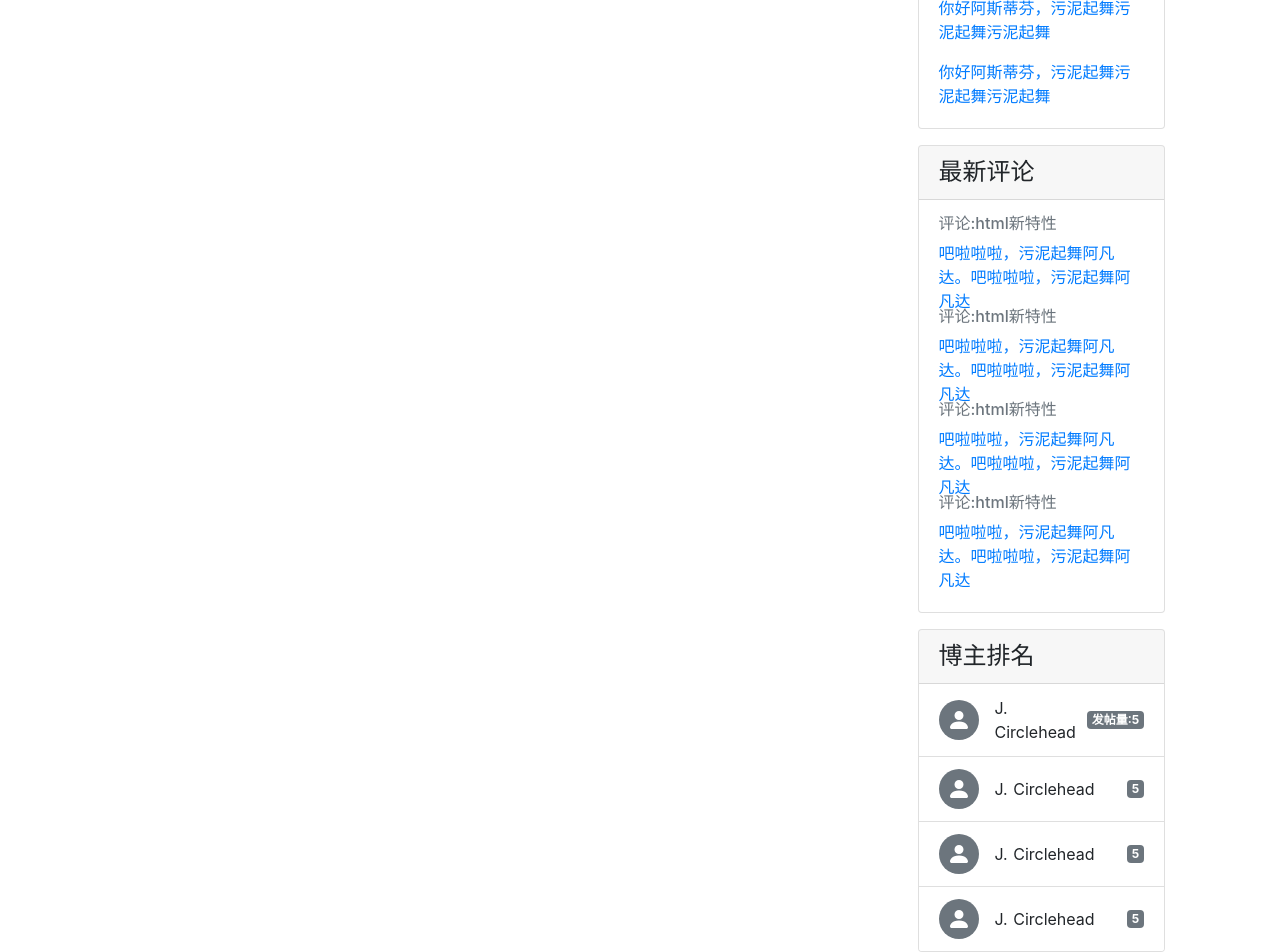
Repository: MTTTM/nuxt-xiaomatata
Page: /
The author's editor kept a copy of each file at every save. The page is drawn from the files as they stood at one save, then again after the next save.
The browser window is 1280 px wide. The pictures show the part of the page from y = 887 to 1839 px (the page is 1839 px tall before and 1644 px after).
The project was rebuilt for these pictures with package versions that can differ from the ones it lists, and the page was loaded fresh each time. The framework's server and built-in components were replaced by stand-ins that run in the browser. Also part of the build but not shown: nuxt.config.js, components/Logo.vue, components/aboutMe.vue, components/articleListItem.vue, components/bloggerRanking.vue, components/carouselBox.vue, components/classifyList.vue, components/commentBox.vue and 7 more. Imported but missing from the stored project, and not drawn on this page: components/cmSpinner, mixins/scrollLoad.

Above is the page before, as saved 2021-04-10 12:10:11.

### assets/style/comm.scss
body{
  .container{
    min-height: auto;
    justify-content: start;
    text-align: left;
  }
}

### components/breadCrumb.vue
<template>
  <b-breadcrumb :items="items"></b-breadcrumb>
</template>

<script>
export default {
  data() {
    return {
      items: [
        {
          text: "Admin",
          href: "#",
        },
        {
          text: "Manage",
          href: "#",
        },
        {
          text: "Library",
          active: true,
        },
      ],
    };
  },
};
</script>

### components/navBar.vue
<template>
  <div class="nav-bar">
    <b-navbar toggleable="lg" type="dark" variant="info" fixed="top">
      <b-navbar-brand href="#"> 塔塔 </b-navbar-brand>

      <b-navbar-toggle target="nav-collapse" />

      <b-collapse id="nav-collapse" is-nav>
        <b-navbar-nav>
          <b-nav-item href="#"> Link </b-nav-item>
          <b-nav-item href="#" disabled> Disabled </b-nav-item>
          <b-nav-item-dropdown text="Lang" right>
            <b-dropdown-item href="#"> EN </b-dropdown-item>
            <b-dropdown-item href="#"> ES </b-dropdown-item>
            <b-dropdown-item href="#"> RU </b-dropdown-item>
            <b-dropdown-item href="#"> FA </b-dropdown-item>
          </b-nav-item-dropdown>
        </b-navbar-nav>

        <!-- Right aligned nav items -->
        <b-navbar-nav class="ml-auto">
          <b-nav-form>
            <b-form-input size="sm" class="mr-sm-2" placeholder="Search" />

            <b-button size="sm" class="my-2 my-sm-0" type="submit">
              Search
            </b-button>
          </b-nav-form>

          <b-nav-item-dropdown right>
            <!-- Using 'button-content' slot -->
            <template #button-content>
              <b-avatar
                variant="info"
                src="https://placekitten.com/300/300"
              ></b-avatar>
              <em>User</em>
            </template>

            <b-dropdown-item href="#"> Profile </b-dropdown-item>
            <b-dropdown-item href="#"> Sign Out </b-dropdown-item>
          </b-nav-item-dropdown>
        </b-navbar-nav>
      </b-collapse>
    </b-navbar>
  </div>
</template>
<script>
export default {};
</script>
<style lang="scss">
* {
  margin: 0;
  padding: 0;
}
</style>

### layouts/default.vue
<template>
  <div>
    <navBar />
    <Nuxt />
  </div>
</template>
<script>
import navBar from "../components/navBar";
export default {
  components: { navBar }
};
</script>
<style>
html {
  font-size: 16px;
  word-spacing: 1px;
  -ms-text-size-adjust: 100%;
  -webkit-text-size-adjust: 100%;
  -moz-osx-font-smoothing: grayscale;
  -webkit-font-smoothing: antialiased;
  box-sizing: border-box;
}
</style>

### pages/index.vue
<template>
  <div>
    <b-carousel
      id="carousel-1"
      v-model="slide"
      :interval="4000"
      controls
      indicators
      background="#ababab"
      img-width="1024"
      img-height="480"
      style="text-shadow: 1px 1px 2px #333"
      @sliding-start="onSlideStart"
      @sliding-end="onSlideEnd"
    >
      <!-- Text slides with image -->
      <b-carousel-slide
        caption="First slide"
        text="Nulla vitae elit libero, a pharetra augue mollis interdum."
        img-src="https://picsum.photos/1024/480/?image=52"
      ></b-carousel-slide>

      <!-- Slides with custom text -->
      <b-carousel-slide img-src="https://picsum.photos/1024/480/?image=54">
        <h1>Hello world!</h1>
      </b-carousel-slide>

      <!-- Slides with image only -->
      <b-carousel-slide
        img-src="https://picsum.photos/1024/480/?image=58"
      ></b-carousel-slide>

      <!-- Slides with img slot -->
      <!-- Note the classes .d-block and .img-fluid to prevent browser default image alignment -->
      <b-carousel-slide>
        <template #img>
          <img
            class="d-block img-fluid w-100"
            width="1024"
            height="480"
            src="https://picsum.photos/1024/480/?image=55"
            alt="image slot"
          />
        </template>
      </b-carousel-slide>

      <!-- Slide with blank fluid image to maintain slide aspect ratio -->
      <b-carousel-slide caption="Blank Image" img-blank img-alt="Blank image">
        <p>
          Lorem ipsum dolor sit amet, consectetur adipiscing elit. Suspendisse
          eros felis, tincidunt a tincidunt eget, convallis vel est. Ut
          pellentesque ut lacus vel interdum.
        </p>
      </b-carousel-slide>
    </b-carousel>

    <b-container>
      <breadCrumb class="w-100" />
    </b-container>
    <b-container>
      <b-row class="w-100">
        <b-col cols="9" md="9" sm="12">1 of 2</b-col>
        <b-col cols="3" md="3" sm="12">
          <b-card no-body style="max-width: 20rem">
            <template #header>
              <h4 class="mb-0">热文推荐</h4>
            </template>

            <b-card-body>
              <b-card-text>
                <a href="#" class="card-link"
                  >你好阿斯蒂芬，污泥起舞污泥起舞污泥起舞</a
                >
              </b-card-text>
              <b-card-text>
                <a href="#" class="card-link">Card link</a>
              </b-card-text>
              <b-card-text>
                <a href="#" class="card-link">Card link</a>
              </b-card-text>
              <b-card-text>
                <a href="#" class="card-link"
                  >你好阿斯蒂芬，污泥起舞污泥起舞污泥起舞</a
                >
              </b-card-text>
              <b-card-text>
                <a href="#" class="card-link"
                  >你好阿斯蒂芬，污泥起舞污泥起舞污泥起舞</a
                >
              </b-card-text>
            </b-card-body>
          </b-card>

          <b-card no-body style="margin-top: 1rem">
            <template #header>
              <h4 class="mb-0">最新评论</h4>
            </template>

            <b-card-body>
              <a href="#">
                <b-card-sub-title class="mb-2"
                  >评论:html新特性</b-card-sub-title
                >
                <b-card-text>
                  吧啦啦啦，污泥起舞阿凡达。吧啦啦啦，污泥起舞阿凡达
                </b-card-text>
              </a>
              <a href="#">
                <b-card-sub-title class="mb-2"
                  >评论:html新特性</b-card-sub-title
                >
                <b-card-text>
                  吧啦啦啦，污泥起舞阿凡达。吧啦啦啦，污泥起舞阿凡达
                </b-card-text>
              </a>
              <a href="#">
                <b-card-sub-title class="mb-2"
                  >评论:html新特性</b-card-sub-title
                >
                <b-card-text>
                  吧啦啦啦，污泥起舞阿凡达。吧啦啦啦，污泥起舞阿凡达
                </b-card-text>
              </a>
              <a href="#">
                <b-card-sub-title class="mb-2"
                  >评论:html新特性</b-card-sub-title
                >
                <b-card-text>
                  吧啦啦啦，污泥起舞阿凡达。吧啦啦啦，污泥起舞阿凡达
                </b-card-text>
              </a>
            </b-card-body>
          </b-card>
          <b-card no-body style="margin-top: 1rem">
            <template #header>
              <h4 class="mb-0">博主排名</h4>
            </template>
            <b-list-group flush>
              <b-list-group-item class="d-flex align-items-center">
                <b-avatar class="mr-3"></b-avatar>
                <span class="mr-auto">J. Circlehead</span>
                <b-badge>发帖量:5</b-badge>
              </b-list-group-item>
              <b-list-group-item class="d-flex align-items-center">
                <b-avatar class="mr-3"></b-avatar>
                <span class="mr-auto">J. Circlehead</span>
                <b-badge>5</b-badge>
              </b-list-group-item>
              <b-list-group-item class="d-flex align-items-center">
                <b-avatar class="mr-3"></b-avatar>
                <span class="mr-auto">J. Circlehead</span>
                <b-badge>5</b-badge>
              </b-list-group-item>
              <b-list-group-item class="d-flex align-items-center">
                <b-avatar class="mr-3"></b-avatar>
                <span class="mr-auto">J. Circlehead</span>
                <b-badge>5</b-badge>
              </b-list-group-item>
            </b-list-group>
          </b-card>
        </b-col>
      </b-row>
    </b-container>
  </div>
</template>
<script>
import breadCrumb from "../components/breadCrumb";
export default {
  components: { breadCrumb },
};
</script>
<style>
.container {
  margin: 0 auto;
  min-height: 100vh;
  display: flex;
  justify-content: center;
  align-items: center;
  text-align: center;
}

.title {
  display: block;
  font-weight: 300;
  font-size: 100px;
  color: #35495e;
  letter-spacing: 1px;
}

.subtitle {
  font-weight: 300;
  font-size: 42px;
  color: #526488;
  word-spacing: 5px;
  padding-bottom: 15px;
}

.links {
  padding-top: 15px;
}
</style>

Loaded but not shown: store/system.js (no copy from this time; the picture is the same without it)

After the next save:
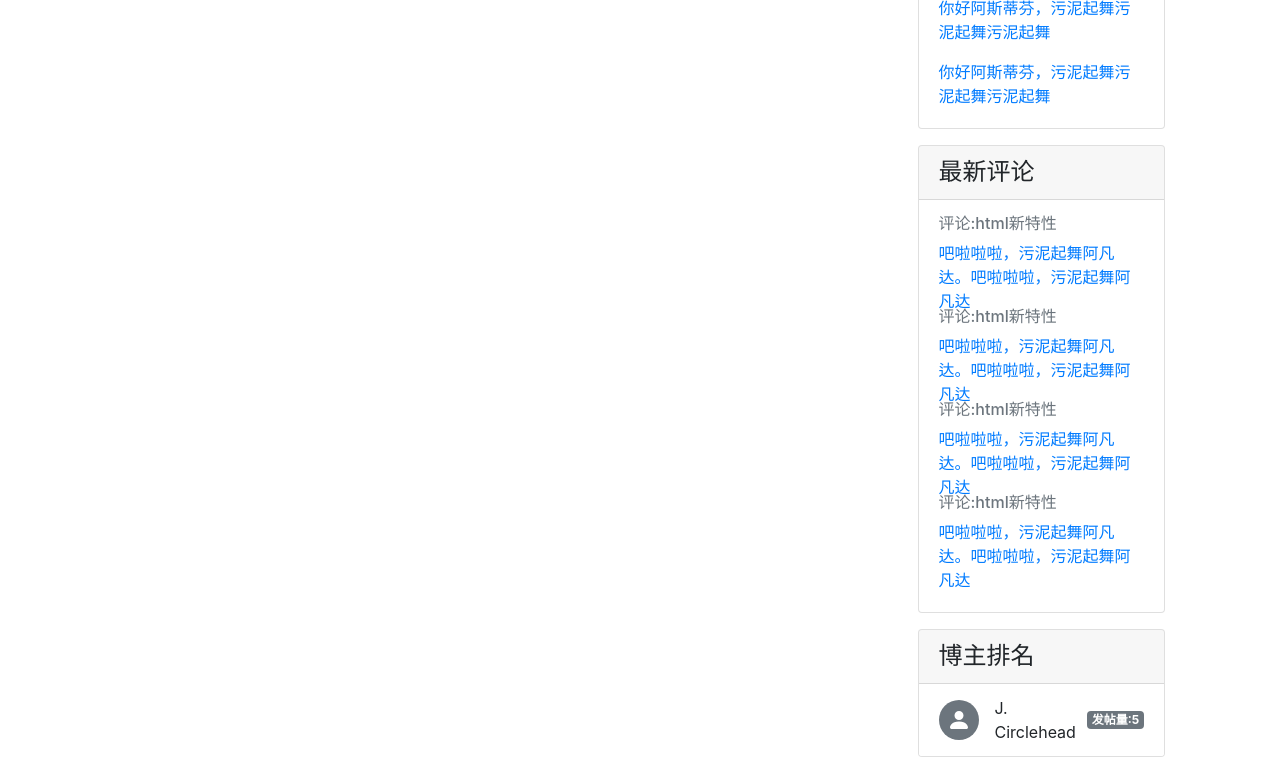
Saved 15 s later.
--- a/pages/index.vue
+++ b/pages/index.vue
@@ -141,21 +141,6 @@
                 <span class="mr-auto">J. Circlehead</span>
                 <b-badge>发帖量:5</b-badge>
               </b-list-group-item>
-              <b-list-group-item class="d-flex align-items-center">
-                <b-avatar class="mr-3"></b-avatar>
-                <span class="mr-auto">J. Circlehead</span>
-                <b-badge>5</b-badge>
-              </b-list-group-item>
-              <b-list-group-item class="d-flex align-items-center">
-                <b-avatar class="mr-3"></b-avatar>
-                <span class="mr-auto">J. Circlehead</span>
-                <b-badge>5</b-badge>
-              </b-list-group-item>
-              <b-list-group-item class="d-flex align-items-center">
-                <b-avatar class="mr-3"></b-avatar>
-                <span class="mr-auto">J. Circlehead</span>
-                <b-badge>5</b-badge>
-              </b-list-group-item>
             </b-list-group>
           </b-card>
         </b-col>
